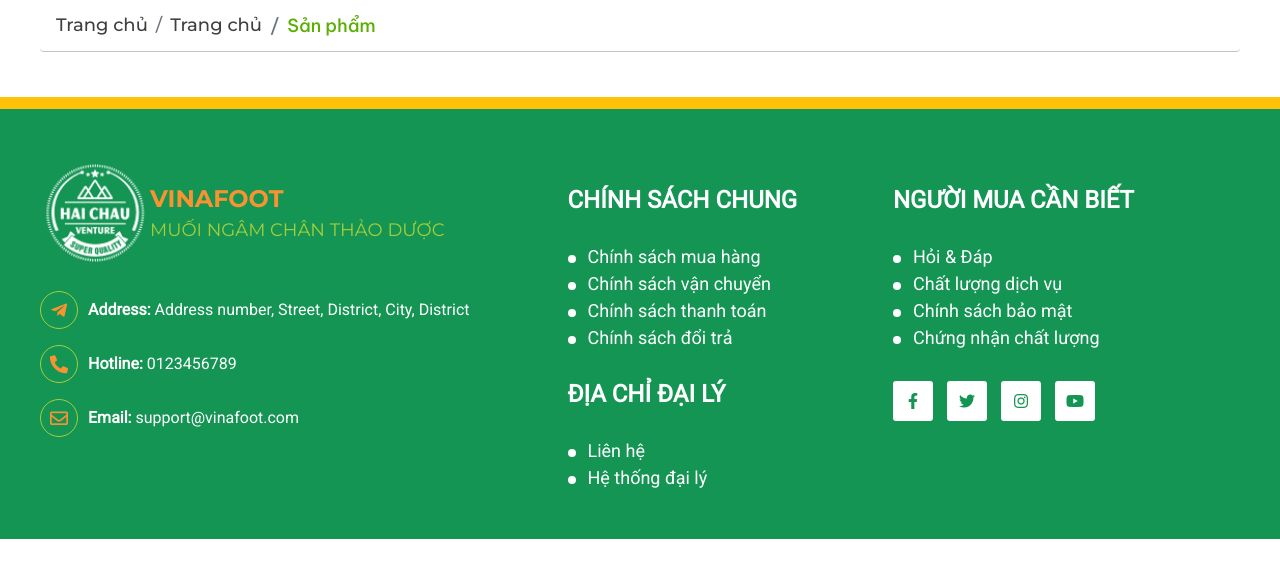
Repository: haianh12082001/VINAFOOT
Page: news-detail.html
These files come from the project's save history. The page is drawn as it stood at one moment and after the next save; the edit follows.
The browser window is 1280 px wide. The pictures show the whole page.
Some web libraries are served in a nearby version.

Above is the page before, as saved 2021-12-12 17:16:24.

After the next save:
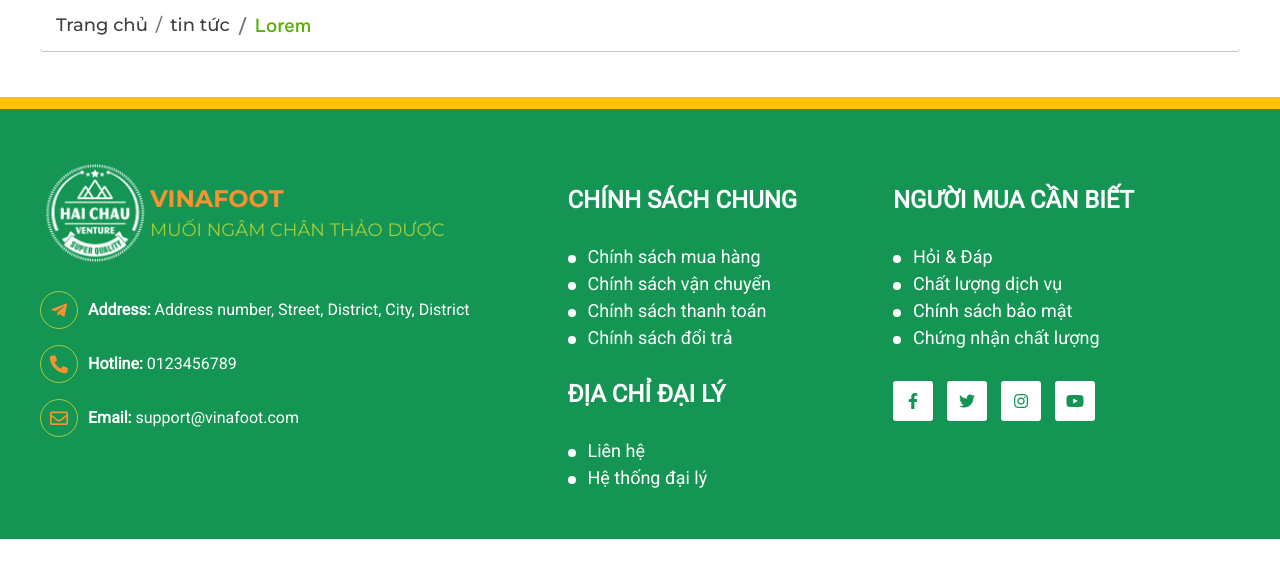
Saved 52 s later.
--- a/news-detail.html
+++ b/news-detail.html
@@ -23,11 +23,19 @@
             <div class="container">
                 <ul class="breadcrumb">
                     <li class="breadcrumb-item"><a href="">Trang chủ</a></li>
-                    <li class="breadcrumb-item"><a href="">Trang chủ</a></li>
-                    <li class="breadcrumb-item active">Sản phẩm</li>
+                    <li class="breadcrumb-item"><a href="">tin tức</a></li>
+                    <li class="breadcrumb-item active">Lorem</li>
                 </ul>
             </div>
         </div>
+        <section class="news-detail">
+            <div class="container">
+                <div class="row">
+                    <div class="col-lg-9"></div>
+                    <div class="col-lg-3 mt-lg-0 mt-3"></div>
+                </div>
+            </div>
+        </section>
         <div class="footer">
             <div class="line"></div>
             <div class="container">
